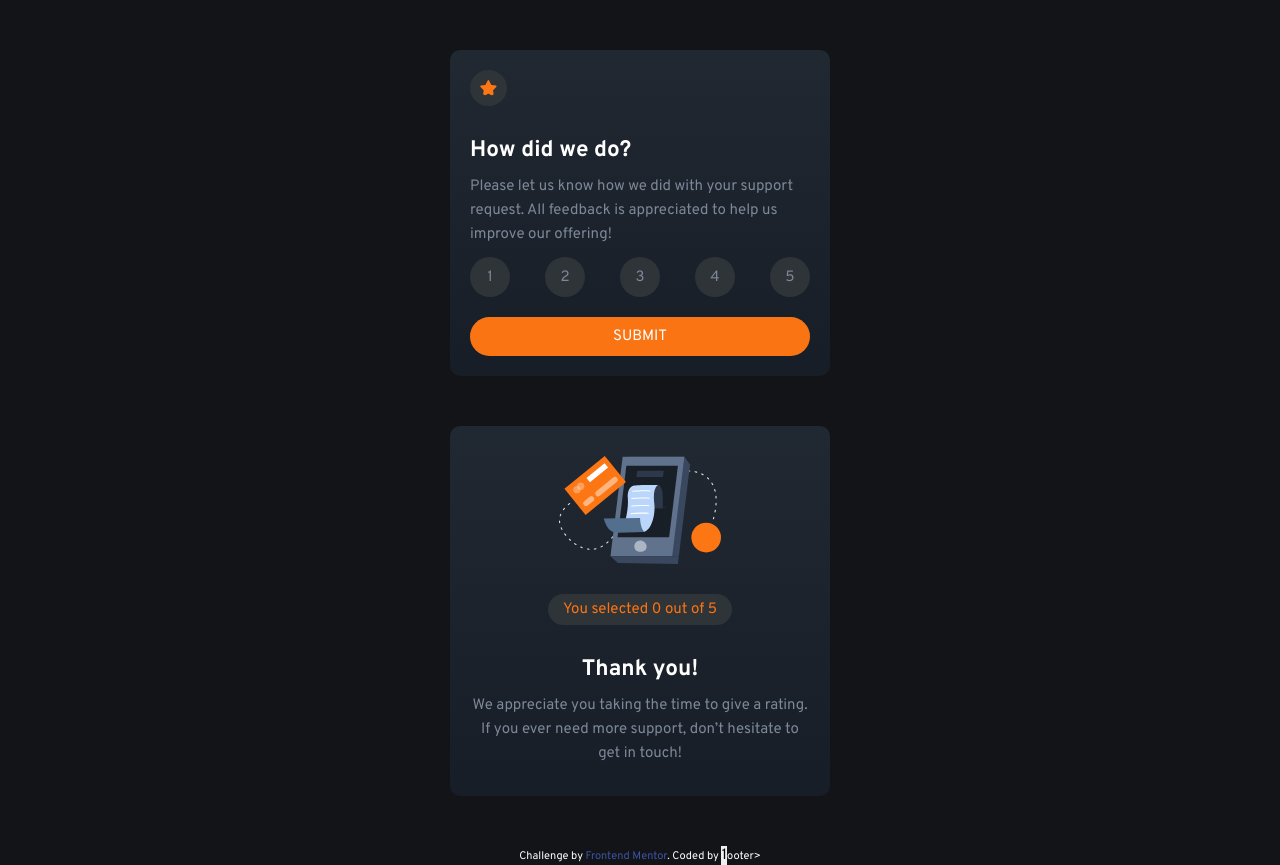
Repository: huynhnhutanhduy/interactive-rating-component
Page: index.html
These files come from the project's save history. The page is drawn as it stood at one moment and after the next save; the edit follows.
The browser window is 1280 px wide. The pictures show the whole page.

Above is the page before, as saved 2022-10-19 10:54:50.

After the next save:
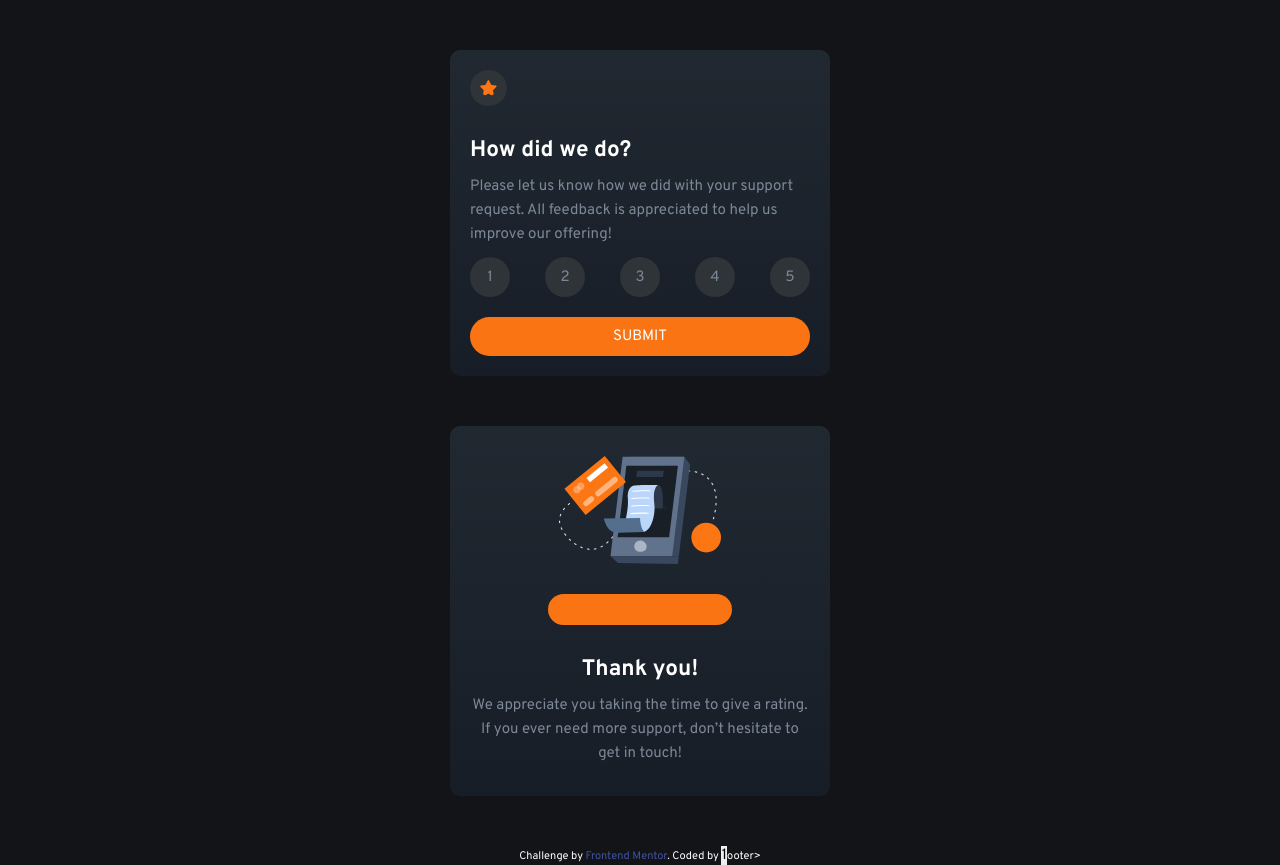
Saved 67 s later.
--- a/app.css
+++ b/app.css
@@ -116,6 +116,8 @@ body,
   border-radius: 2rem;
   margin: 1rem 0 3rem;
 }
+.rating-submit,
+.rating-result,
 .rating-item:hover {
   background-color: var(--primary);
 }
